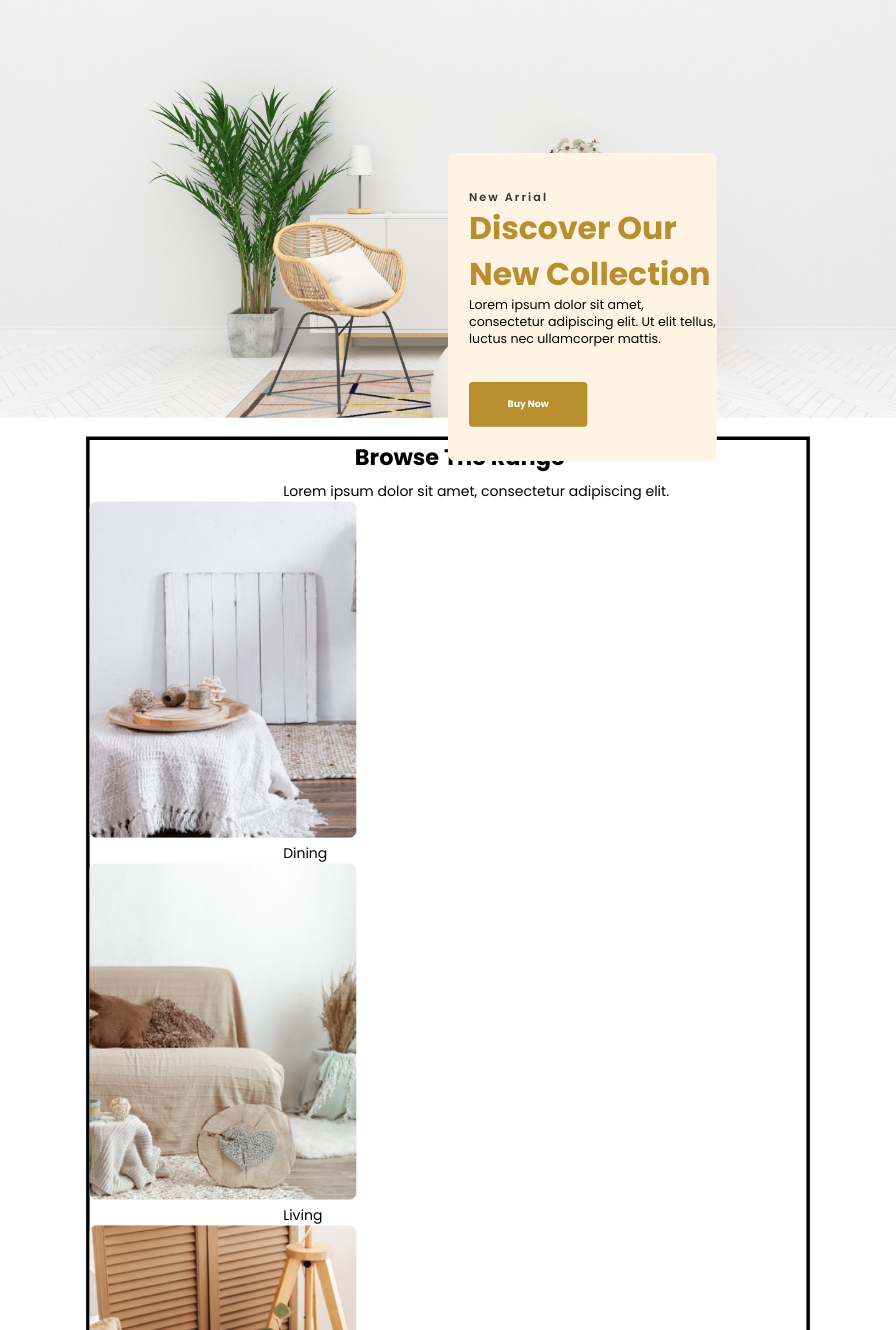
Repository: DT2301/project
Page: index.html
An editor plug-in stored every save of this project. The page is shown before and after a run of saves, followed by the edit.
The browser window is 1280 px wide. The pictures show the part of the page from y = 142 to 2042 px (the page is 2434 px tall), at 70% of full size.
A picture or video elsewhere on the page could not be fetched, so the positions and the page height are approximate.

Above is the page before, as saved 2024-01-07 10:33:00.

### index.html
<!DOCTYPE html>
<html lang="en">

<head>
    <meta charset="UTF-8">
    <meta name="viewport" content="width=device-width, initial-scale=1.0">
    <title>Document</title>
    <link rel="preconnect" href="https://fonts.googleapis.com">
    <link rel="preconnect" href="https://fonts.gstatic.com" crossorigin>
    <link
        href="https://fonts.googleapis.com/css2?family=Poppins:ital,wght@0,400;0,500;0,600;0,700;1,400;1,600;1,700&display=swap"
        rel="stylesheet">
    <link rel="stylesheet" href="style.css">
</head>

<body>
    <header>
        <div class="sidebar">
            <div class="logo">
                <a href=""> <img srcset="./image/logox2.png 2x" alt=""></a>
            </div>
            <ul class="sidebar__menu--center">
                <li class="menu menu--home">
                    <a href="">Home</a>
                </li>
                <li class="menu menu--shop">
                    <a href="">Shop</a>
                </li>
                <li class="menu menu--about">
                    <a href="">About</a>
                </li>
                <li class="menu menu--contact">
                    <a href="">Contact</a>
                </li>
            </ul>
            <ul class="sidebar__menu--icon">
                <li class="menu menu--user">
                    <a href="">
                        <span>
                            <ion-icon name="person-outline"></ion-icon>
                        </span>
                    </a>
                </li>
                <li class="menu menu--search">
                    <a href="">
                        <span>
                            <ion-icon name="search-outline"></ion-icon>
                        </span>
                    </a>
                </li>
                <li class="menu menu--heart">
                    <a href="">
                        <span>
                            <ion-icon name="heart-outline"></ion-icon>
                        </span>
                    </a>
                </li>
                <li class="menu menu--cart">
                    <a href="">
                        <span>
                            <ion-icon name="cart-outline"></ion-icon>
                        </span>
                    </a>
                </li>
            </ul>
        </div>
        <div class="wrapper">
            <div class="background">
                <img class="wrapper__background" srcset="./image/background.png " alt="">
            </div>
            <div class="infor">
                <span>
                    New Arrial
                </span>
                <h2>
                    Discover Our <br>
                    New Collection
                </h2>
                <p>
                    Lorem ipsum dolor sit amet, consectetur adipiscing elit. Ut elit tellus, luctus nec ullamcorper
                    mattis.
                </p>
                <button type="button" class="wrapper__btn"> Buy Now </button>
            </div>
        </div>
    </header>

    <main>
        <div class="Browse">
            <h2>Browse The Range</h2>
            <p>Lorem ipsum dolor sit amet, consectetur adipiscing elit.</p>
            <div class="Browse__img">
                <div class="img img1">
                    <img src="./image/Dining.png" alt="">
                    <p>Dining</p>
                    </img>
                </div>
                <div class="img img2">
                    <img src="./image/living.png" alt="">
                    <p>Living</p>
                    </img>
                </div>
                <div class="img img3">
                    <img src="./image/bedroom.png" alt="">
                    <p>Bedroom</p>
                    </img>
                </div>
            </div>
        </div>
    </main>

    <script type="module" src="https://unpkg.com/ionicons@7.1.0/dist/ionicons/ionicons.esm.js"></script>
    <script nomodule src="https://unpkg.com/ionicons@7.1.0/dist/ionicons/ionicons.js"></script>
</body>

</html>

### style.css
* {
  padding: 0;
  margin: 0;
  font-family: "Poppins", sans-serif;
  color: black;
}

a,
ul {
  list-style: none;
  text-decoration: none;
}

.sidebar {
  display: flex;
  flex-direction: row;
  justify-content: center;
  align-items: center;
  background-color: white;
  width: 100%;
  height: 100px;
}

.logo {
  position: absolute;
  left: 50px;
}

.sidebar__menu--center {
  width: 30%;
  display: flex;
  justify-content: space-between;
  font-size: 16px;
  font-weight: 500;
  line-height: 24px;
}

.sidebar__menu--icon{
  display: flex;
  width: 15%;
  position: absolute;
  justify-content: space-between;
  right: 70px;
  font-size: 25px;
}


.wrapper__background{
    width: 100%;
    height: 100%;
    object-fit: cover;
}

.infor{
    box-sizing: border-box;
    background-color: #FFF3E3;
    width: 30%;
    height: 440px;
    border-radius: 10px;
    position: absolute;
    right: 20%;
    top: 50%;
    padding-left: 30px;
    padding-top: 50px;
    padding-bottom: 50px;
}

.infor span{
    line-height: 24px;
    font-weight: 600;
    letter-spacing: 3px;
    color: #333333 ;
    margin-bottom: 30px;
}

.infor h2{
    font-size: 45px;
    line-height: 65px;
    font-weight: 700;
    color: #B88E2F;
}

.infor p{
    font-size: 18px;
    line-height: 24px;
    margin-bottom: 50px;
}

.wrapper__btn{
    background-color: #B88E2F;
    color: #ffffff;
    Padding :20px 55px;
    font-weight: 700;
    line-height: 24px;
    border: none;
    border-radius: 5px;
}

/* main */

.Browse{
    width: 80%;
    border: 5px solid black;
    margin: 20px auto;
}

.Browse h2{
    font-size: 32px;
    line-height: 48px;
    font-weight: 700;
    margin-left: 37%;
    margin-bottom: 10px;
}

.Browse p {
    font-weight: 400;
    font-size: 20px;
    line-height: 30px;
    margin-left: 27%;
}

After the next 2 saves:
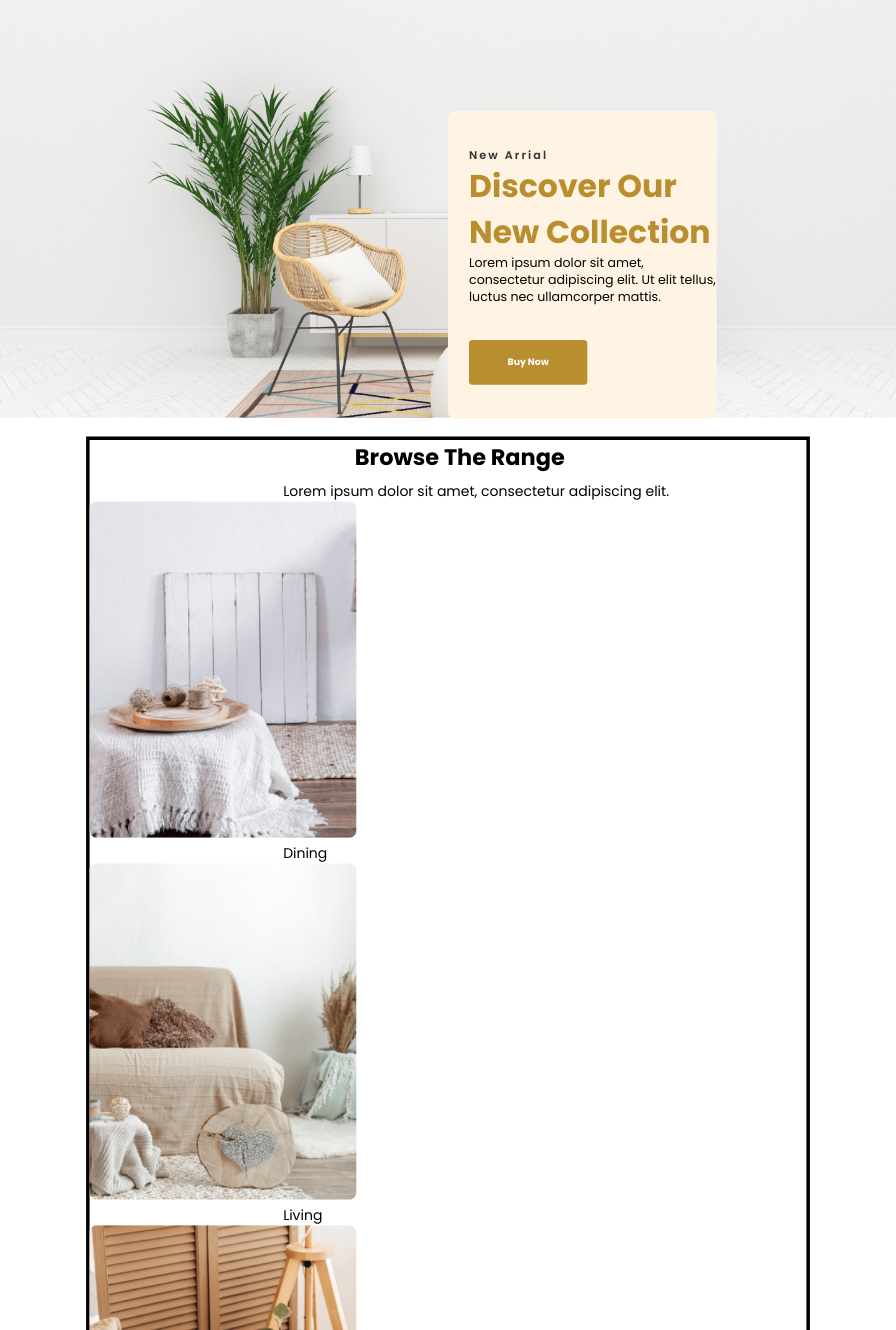
The 2 saves are shown as one change because they came seconds apart.
The last was saved 110 s later.
--- a/style.css
+++ b/style.css
@@ -59,7 +59,7 @@ ul {
     border-radius: 10px;
     position: absolute;
     right: 20%;
-    top: 50%;
+    top: 300px;
     padding-left: 30px;
     padding-top: 50px;
     padding-bottom: 50px;
